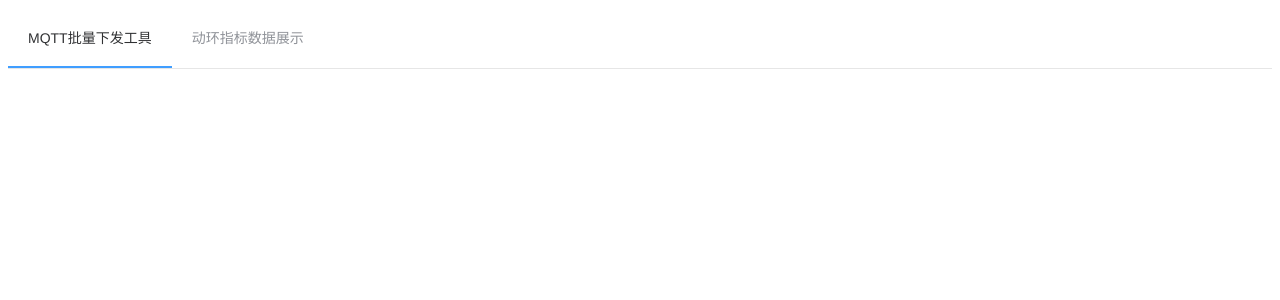
Repository: faintout/BHMQTTSendTool
Page: /
An editor plug-in stored every save of this project. The page is shown before and after a run of saves, followed by the edit.
The browser window is 1280 px wide. The pictures show the whole page.
The project was rebuilt for these pictures with package versions that can differ from the ones it lists, and the page was loaded fresh each time. Also part of the build but not shown: vue.config.js, src/views/MqttSendTool.vue, src/views/MovingInfoShow.vue.

Above is the page before, as saved 2020-09-03 14:03:24.

### public/index.html
<!DOCTYPE html>
<html lang="en">
  <head>
    <meta charset="utf-8">
    <meta http-equiv="X-UA-Compatible" content="IE=edge">
    <meta name="viewport" content="width=device-width,initial-scale=1.0">
    <link rel="stylesheet" href="">
    <title></title>
  </head>
  <body>
    <div id="app">

    </div>
    <!-- built files will be auto injected -->
  </body>
</html>

### src/main.js
import Vue from 'vue'
import App from './App.vue'
import router from './router'
import $ from 'jquery'
import ElementUi from 'element-ui'
import 'element-ui/lib/theme-chalk/index.css'
import 'element-ui/lib/theme-chalk/reset.css'

Vue.config.productionTip = false
Vue.use(ElementUi)
new Vue({
  router,
  render: h => h(App)
}).$mount('#app')

### src/router/index.js
import Vue from 'vue'
import VueRouter from 'vue-router'
import MqttSendTool from '../views/MqttSendTool.vue'
import MovingInfoShow from '../views/MovingInfoShow.vue'
import layout from '../views/layout.vue'

Vue.use(VueRouter)

  const routes = [
  {
    path: '/MqttSendTool',
    name: 'MqttSendTool',
    component: MqttSendTool
  },
  {
    path: '/',
    name: 'layout',
    component: layout
  },
  {
    path: '/',
    name: 'MovingInfoShow',
    component: MovingInfoShow
  },
]

const router = new VueRouter({
  routes
})

export default router

### src/views/layout.vue
<template>
    <div>
        <el-menu :default-active="activeIndex" class="el-menu-demo" mode="horizontal" @select="handleSelect">
            <!-- <el-menu-item index="1">处理中心</el-menu-item> -->
            <el-menu-item index="1" >MQTT批量下发工具</el-menu-item>
            <el-menu-item index="2" >动环指标数据展示</el-menu-item>
        </el-menu>
    </div>
</template>

<script>
import MovingInfoShow from './MovingInfoShow.vue'
import MqttSendTool from './MqttSendTool.vue'
    export default {
        components: {
            MovingInfoShow,
            MqttSendTool
        },
        data() {
            return {
                activeIndex: '1',
            }
        },
        watch: {},
        computed: {},
        methods: {
            handleSelect(key, keyPath) {
                console.log(key, keyPath);
            }
        },
        mounted() {},
        created() {},
    }
</script>
<style lang="less" scoped>
</style>

Loaded but not shown: src/App.vue (common file)

After the next 3 saves:
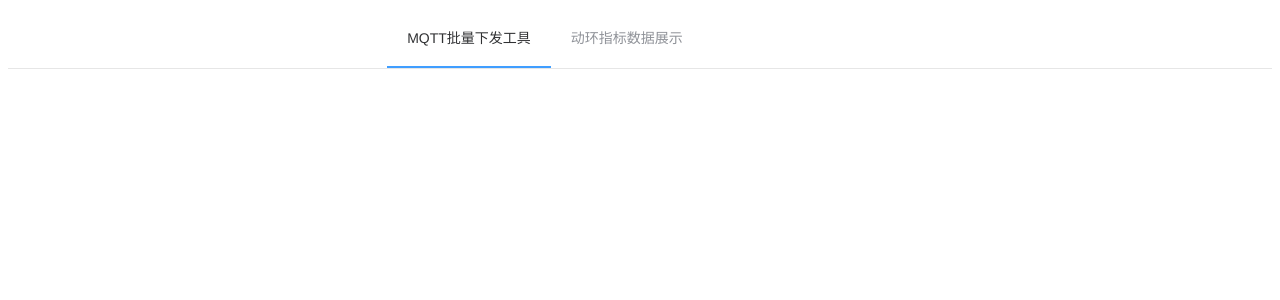
The 3 saves are shown as one change because they came seconds apart.
The last was saved 97 s later.
--- a/src/views/layout.vue
+++ b/src/views/layout.vue
@@ -2,15 +2,15 @@
     <div>
         <el-menu :default-active="activeIndex" class="el-menu-demo" mode="horizontal" @select="handleSelect">
             <!-- <el-menu-item index="1">处理中心</el-menu-item> -->
-            <el-menu-item index="1" >MQTT批量下发工具</el-menu-item>
-            <el-menu-item index="2" >动环指标数据展示</el-menu-item>
+            <el-menu-item index="1">MQTT批量下发工具</el-menu-item>
+            <el-menu-item index="2">动环指标数据展示</el-menu-item>
         </el-menu>
     </div>
 </template>
 
 <script>
-import MovingInfoShow from './MovingInfoShow.vue'
-import MqttSendTool from './MqttSendTool.vue'
+    import MovingInfoShow from './MovingInfoShow.vue'
+    import MqttSendTool from './MqttSendTool.vue'
     export default {
         components: {
             MovingInfoShow,
@@ -33,4 +33,7 @@ import MqttSendTool from './MqttSendTool.vue'
     }
 </script>
 <style lang="less" scoped>
+    .el-menu-demo {
+        padding-left: 30%;
+    }
 </style>
